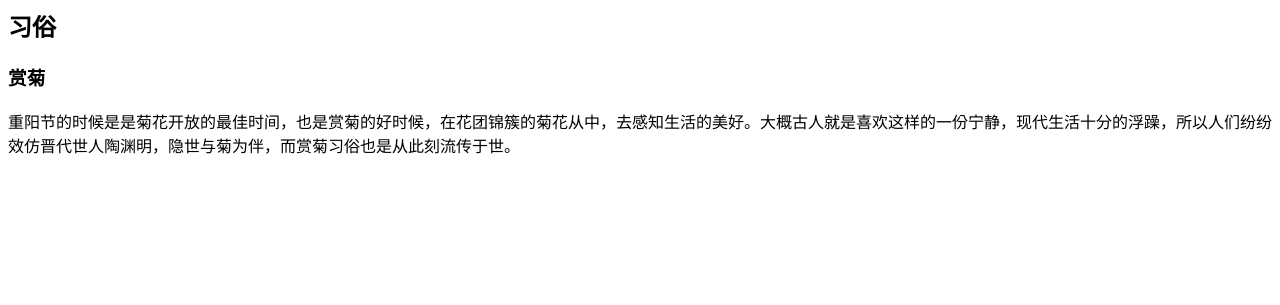
Repository: XueJie1/computer-operation-basics
Page: pages/doubleninthfes/customs.html
An editor plug-in stored every save of this project. The page is shown before and after a run of saves, followed by the edit.
The browser window is 1280 px wide. The pictures show the whole page.

Above is the page before, as saved 2023-09-05 14:28:02.

After the next 2 saves:
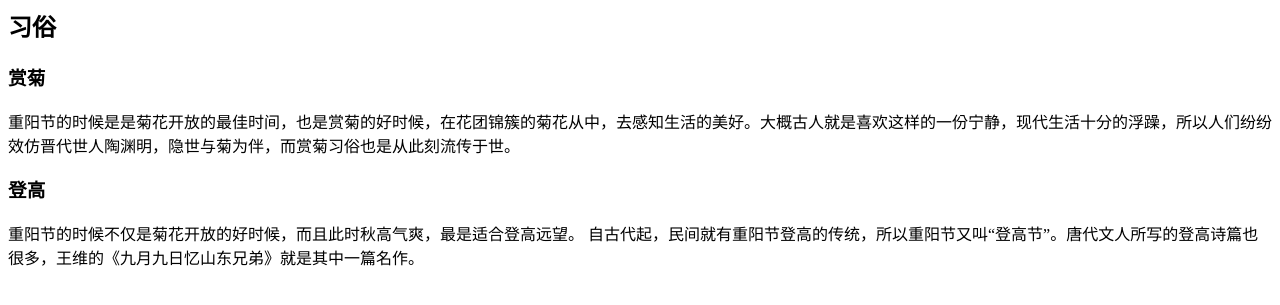
The 2 saves are shown as one change because they came seconds apart.
The last was saved 15 s later.
--- a/pages/doubleninthfes/customs.html
+++ b/pages/doubleninthfes/customs.html
@@ -1,4 +1,5 @@
 <h2>习俗</h2>
 <h3>赏菊</h3>
 <p>重阳节的时候是是菊花开放的最佳时间，也是赏菊的好时候，在花团锦簇的菊花从中，去感知生活的美好。大概古人就是喜欢这样的一份宁静，现代生活十分的浮躁，所以人们纷纷效仿晋代世人陶渊明，隐世与菊为伴，而赏菊习俗也是从此刻流传于世。</p>
-<h3></h3>
+<h3>登高</h3>
+<p>重阳节的时候不仅是菊花开放的好时候，而且此时秋高气爽，最是适合登高远望。 自古代起，民间就有重阳节登高的传统，所以重阳节又叫“登高节”。唐代文人所写的登高诗篇也很多，王维的《九月九日忆山东兄弟》就是其中一篇名作。</p>
